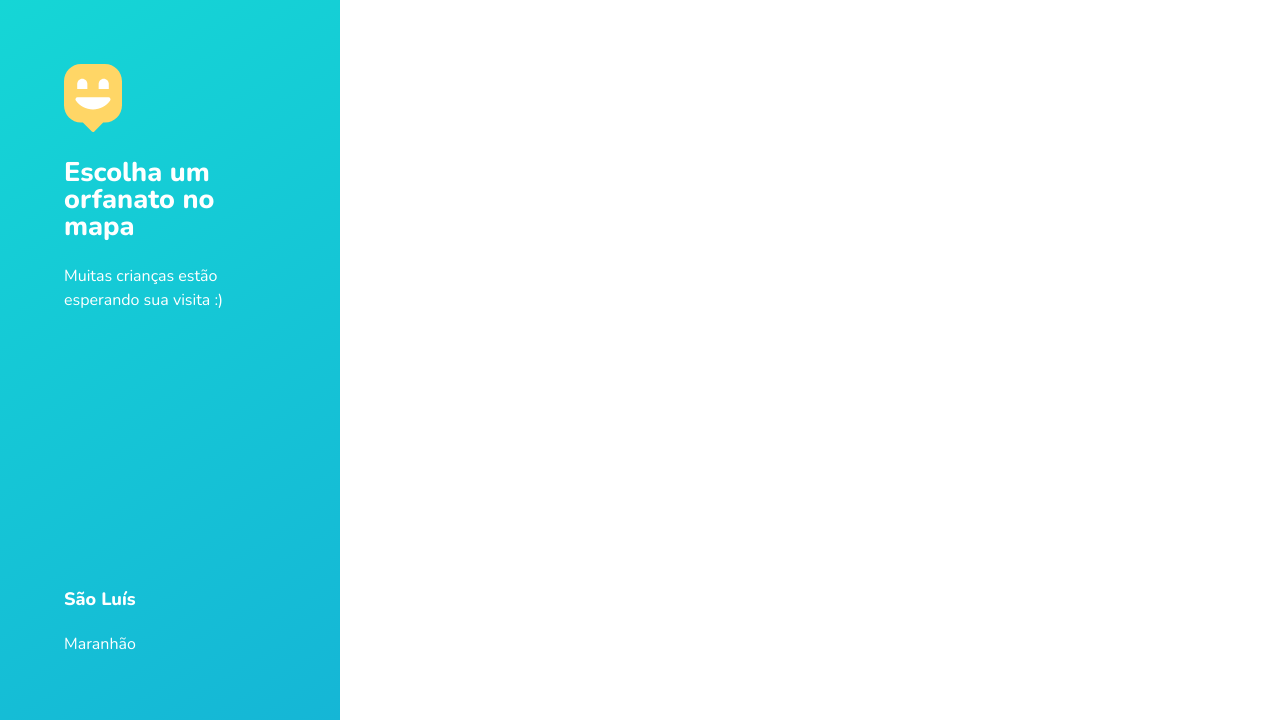
Repository: SrtaPoe/nlw
Page: orphanages.html
These files come from the project's save history. The page is drawn as it stood at one moment and after the next save; the edit follows.
The browser window is 1280 px wide. The pictures show the whole page.

Above is the page before, as saved 2020-10-15 13:55:16.

### orphanages.html
<!DOCTYPE html>
<html lang="pt_BR">
  <head>
    <meta charset="UTF-8" />
    <meta name="viewport" content="width=device-width, initial-scale=1.0" />
    <meta http-equiv="X-UA-Compatible" content="ie=edge" />
    <title>Localize um orfanato | Happy</title>
    <link rel="icon" href="./public/images/logo-icon.png" />
    <link rel="stylesheet" href="/public/css/main.css" />
    <link rel="stylesheet" href="/public/css/page-orphanages.css">
    <link rel="stylesheet" href="/public/css/animation.css">
    <link href="https://fonts.googleapis.com/css2?family=Nunito:wght@400;600;800&display=swap" rel="stylesheet">
  </head>
  <body>
    <div id="page-orphanages">
      <aside>

        <header>
        <img src="./public/images/map-marker.svg" alt="Happy">
          <h2>Escolha um orfanato no mapa</h2>

          <p>Muitas crianças estão esperando sua visita :)</p>
      </header>

      <footer>
        <strong>São Luís</strong>
        <p>Maranhão</p>
      </footer>
      </aside>

      <div id="mapid">

          <a href="create-orphanage.html" class="create-orphanage" title="Cadastre um orfanato"></a>
          <img src="./public/images/plus.svg" alt="Criar orfanato">
      </div>
    </div>

  </body>
</html>

### public/css/main.css
*{
    margin: 0;
    padding:0;
    box-sizing: border-box;
}

body {
    height:100vh;
    color: white;
}

:root{
    font-size: 62.5%;
}

body, input, button, textarea {
    font-weight: 400;
    line-height: 1;
    font-size: 1.8rem;
    font-family: 'Nunito', sans-serif;
}

### public/css/page-orphanages.css
#page-orphanages {
    width:100%;
    height: 100%;
    display:flex;
}

aside {
    width: clamp(34rem, 24vw, 44rem);
    background: linear-gradient(329.54deg, #15B6D6 0%, #15D6D6 100%);
    padding: clamp(3rem, 5vw, 8rem);
    display: flex;
    flex-direction: column;
    justify-content: space-between;
}

aside h2 {
    margin-top: 2.4rem;
    font: 800 clamp(3rem, 5vw, 8rem)3.6rem/1 'Nunito', sans serif;
}

aside p {
    margin-top: 2.4rem;
    font: 400 1.6rem/1.5 'Nunito', sans serif;
}

### public/css/animation.css
@keyframes up {
    from {
    opacity: 0;
    transform: translateY(16px);
    }
    to {
        opacity: 1;
        transform: translateY(0);
    }
}

.animate-up {
    animation-name: up;
    animation-duration: 300ms;
    animation-fill-mode: backwards;
}

After the next save:
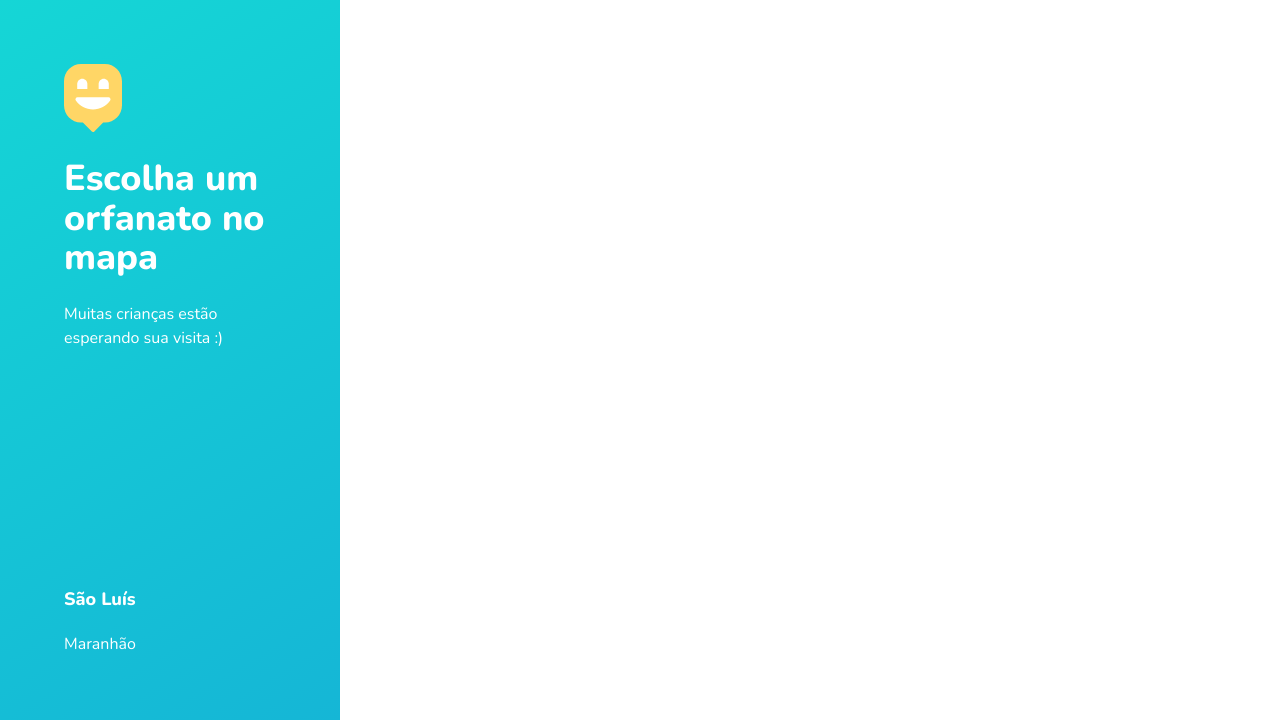
Saved 47 s later.
--- a/public/css/page-orphanages.css
+++ b/public/css/page-orphanages.css
@@ -15,7 +15,7 @@
 
 aside h2 {
     margin-top: 2.4rem;
-    font: 800 clamp(3rem, 5vw, 8rem)3.6rem/1 'Nunito', sans serif;
+    font: 800 clamp(2rem, 5vw, 3.6rem)/1.1 'Nunito', sans serif;
 }
 
 aside p {
